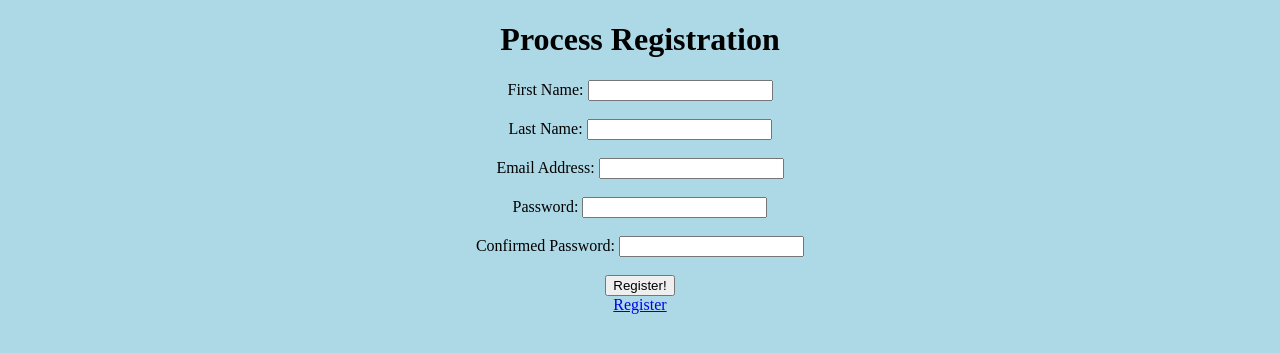
Repository: jedeyejed00/TheGameShaq
Page: http://localhost/ClassWork/ClassAssignment/process_register.php
The author's editor kept a record of every edit. The page is drawn from the files as they stood at one moment, then again after the next edit.
The browser window is 1280 px wide. The pictures show the whole page.
The page is run by PHP 8.4 with error messages shown; the project is at /var/www/html/.

Above is the page before.

### ClassWork/ClassAssignment/process_register.php
<!DOCTYPE html>

<html><head>
<title>Process Registration</title>

    </head>

    <body bgcolor = lightblue><Center>

                <H1>Process Registration</H1>

                <form action ="register.php" method = "POST">

                    <label for ="firstname">First Name:</label>
                    <input type ="firstname" name = "firstName" id="firstname" > <br><br>

                     <label for ="lastname">Last Name:</label>
                    <input type ="lastname" name = "lastName" id="lastname" > <br><br>

                    <label for ="email">Email Address:</label>
                    <input type ="email" name = "email" id="email" > <br><br>

                    <label for ="password">Password:</label>
                    <input type ="password"= name = "password" id ="password" > <br><br>

                    <label for ="confpassword">Confirmed Password:</label>
                    <input type ="password"= name = "confpassword" id ="confpassword" ><br> <br>

                    <button> Register!</button> <br>

                    <a href = "process_register.php">Register</a>



                    </form>



</Center></body>

    </html>

After the next edit:
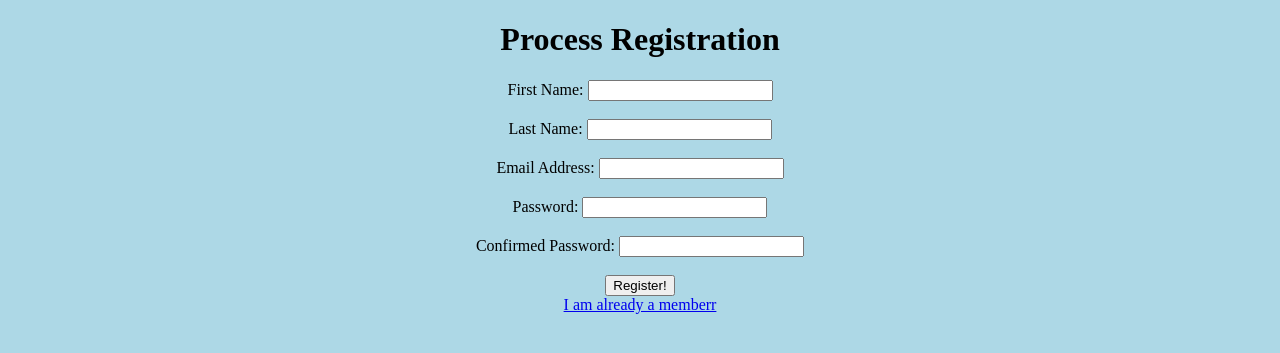
The edit:
--- a/ClassWork/ClassAssignment/process_register.php
+++ b/ClassWork/ClassAssignment/process_register.php
@@ -28,7 +28,7 @@
 
                     <button> Register!</button> <br>
 
-                    <a href = "process_register.php">Register</a>
+                    <a href = login.php>I am already a memberr</a>
 
 
 
